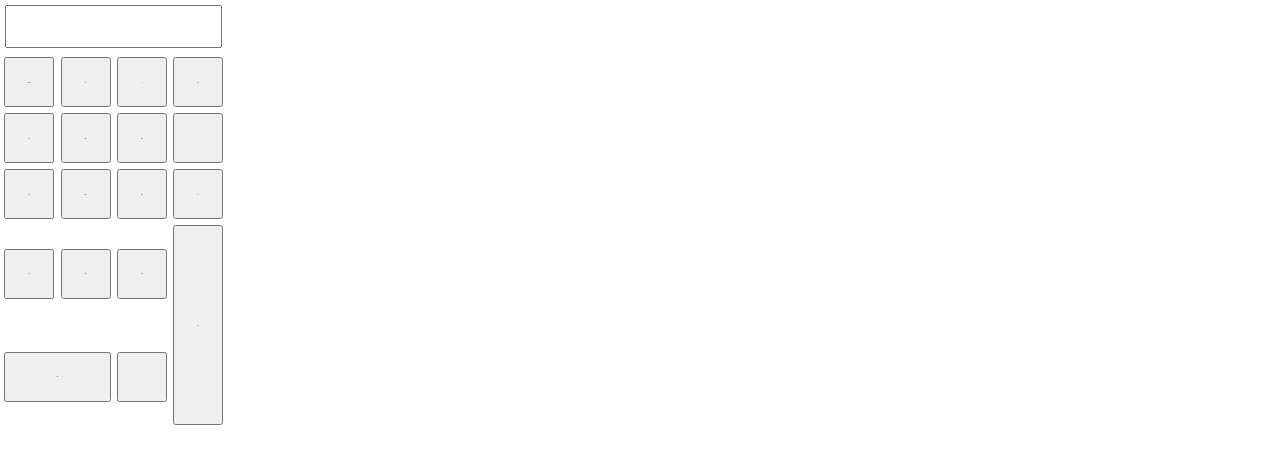
Repository: lacey-crenshaw/calculator
Page: index.html
The author's editor kept a copy of each file at every save. The page is drawn from the files as they stood at one save, then again after the next save.
The browser window is 1280 px wide. The pictures show the whole page.

Above is the page before, as saved 2020-02-14 09:48:23.

### index.html
<html>
    <head>
        <link rel="stylesheet" href="style.css">
        <script>
            function insert(num){
                document.form.textview.value = document.form.textview.value+num
            }

            function equal(){
                let exp = document.form.textview.value;
                if(exp){
                document.form.textview.value = eval(exp)
                }
            }

            function ac(){
                document.form.textview.value = "";
            }

            function back(){
                let exp = document.form.textview.value;
                document.form.textview.value = exp.substring(0, exp.length -1);
            }
        </script>
    </head>
    <body>
        <div class="main">
            <form name="form">
                <input class="textview" name="textview">
            </form>
            <table>
                <tr>
                    <td><input class="button" type="button" value="AC" onclick="ac()"> </td>
                    <td><input class="button" type="button" value="<" onclick="back()"> </td>
                    <td><input class="button" type="button" value="/" onclick="insert('/')"> </td>
                    <td><input class="button" type="button" value="x" onclick="insert('*')"> </td>
                </tr>
                <tr>
                    <td><input class="button" type="button" value="7" onclick="insert(7)"> </td>
                    <td><input class="button" type="button" value="8" onclick="insert(8)"> </td>
                    <td><input class="button" type="button" value="9" onclick="insert(9)"> </td>
                    <td><input class="button" type="button" value="-" onclick="insert('-')"> </td>
                </tr>
                <tr>
                    <td><input class="button" type="button" value="4" onclick="insert(4)"> </td>
                    <td><input class="button" type="button" value="5" onclick="insert(5)"> </td>
                    <td><input class="button" type="button" value="6" onclick="insert(6)"> </td>
                    <td><input class="button" type="button" value="+" onclick="insert('+')"> </td>
                </tr>
                <tr>
                    <td><input class="button" type="button" value="1" onclick="insert(1)"> </td>
                    <td><input class="button" type="button" value="2" onclick="insert(2)"> </td>
                    <td><input class="button" type="button" value="3" onclick="insert(3)"> </td>
                    <td rowspan="2"><input class="button" style="height: 200" type="button" value="=" onclick="equal()"> </td>
                </tr>
                <tr>
                    <td colspan="2"><input class="button" type="button" style="width: 107" value="0" onclick="insert(0)"> </td>
                    <td><input class="button" type="button" value="." onclick="insert('.')"> </td>
                </tr>
            </table>
        </div>
    </body>
</html>

### style.css
*{
    margin:0;
    padding:0;
}

.button {
    width: 50;
    height: 50;
    font-size: 2.5;
    margin: 2;
    cursor: pointer;
}

.textview {
    width: 217;
    margin: 5;
    font-size: 25;
    padding: 5;
}

.main {
    position: absolute;
    top:
}

.equal {
    height: 105px;
}

After the next save:
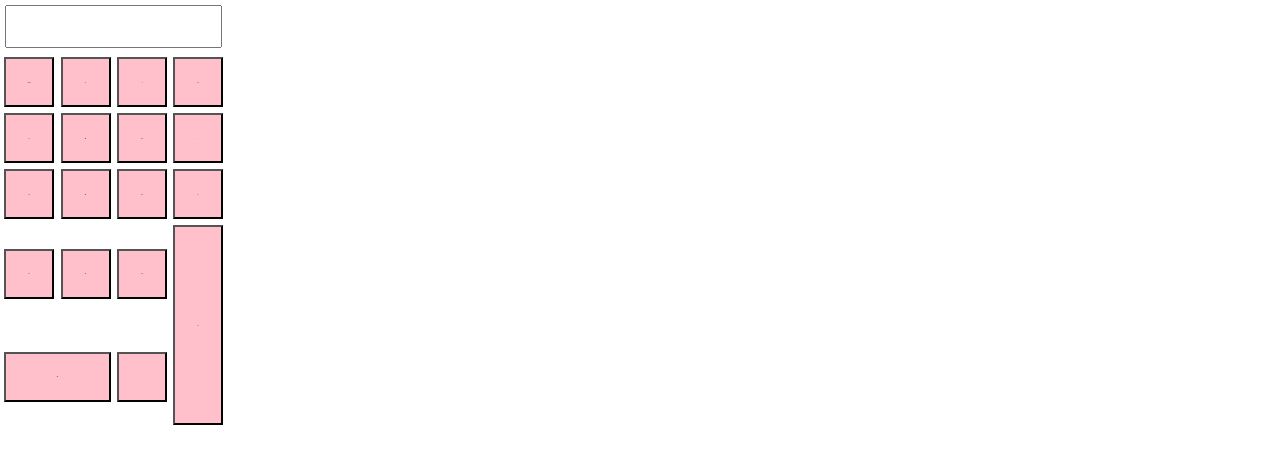
Saved 18 s later.
--- a/style.css
+++ b/style.css
@@ -9,6 +9,7 @@
     font-size: 2.5;
     margin: 2;
     cursor: pointer;
+    background-color: pink;
 }
 
 .textview {
@@ -24,5 +25,4 @@
 }
 
 .equal {
-    height: 105px;
 }
